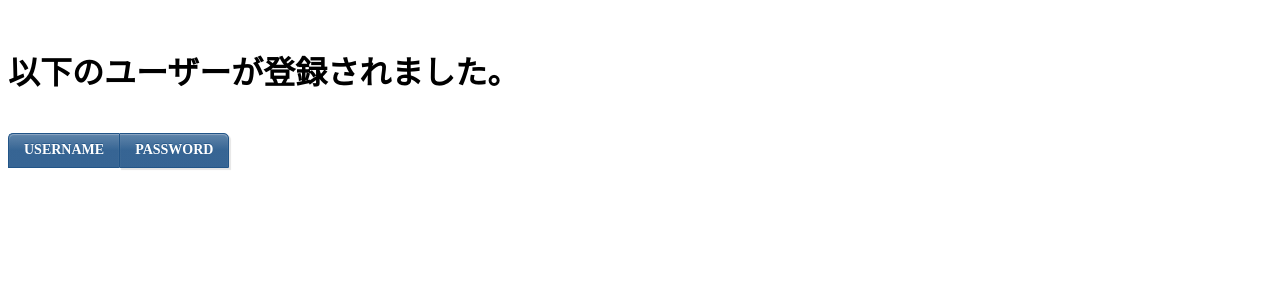
Repository: b1116248/test
Page: http://localhost/webproj4/test.jsp
The author's editor kept a copy of each file at every save. The page is drawn from the files as they stood at one save, then again after the next save.
The browser window is 1280 px wide. The pictures show the whole page.
The page is served by Tomcat 9.

Above is the page before, as saved 2018-07-13 01:42:47.

After the next save:
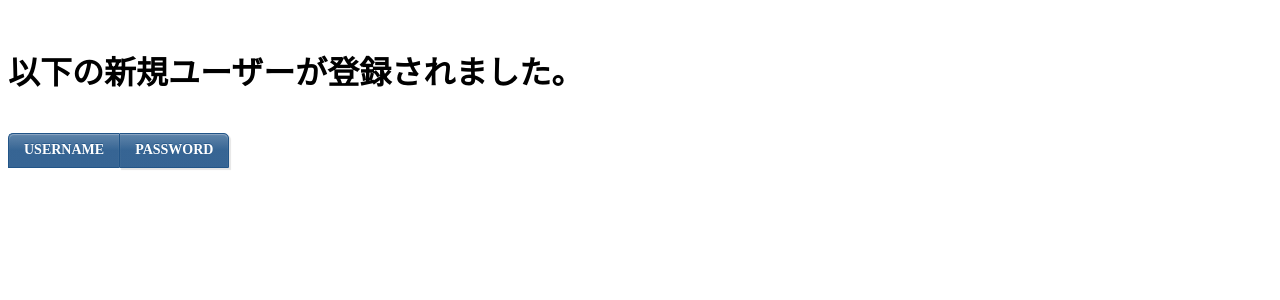
Saved 30 s later.
--- a/webproj4/WebContent/test.jsp
+++ b/webproj4/WebContent/test.jsp
@@ -10,7 +10,7 @@
 </head>
 <body>
 <br>
-<h1>以下のユーザーが登録されました。</h1>
+<h1>以下の新規ユーザーが登録されました。</h1>
 
 <br>
 
